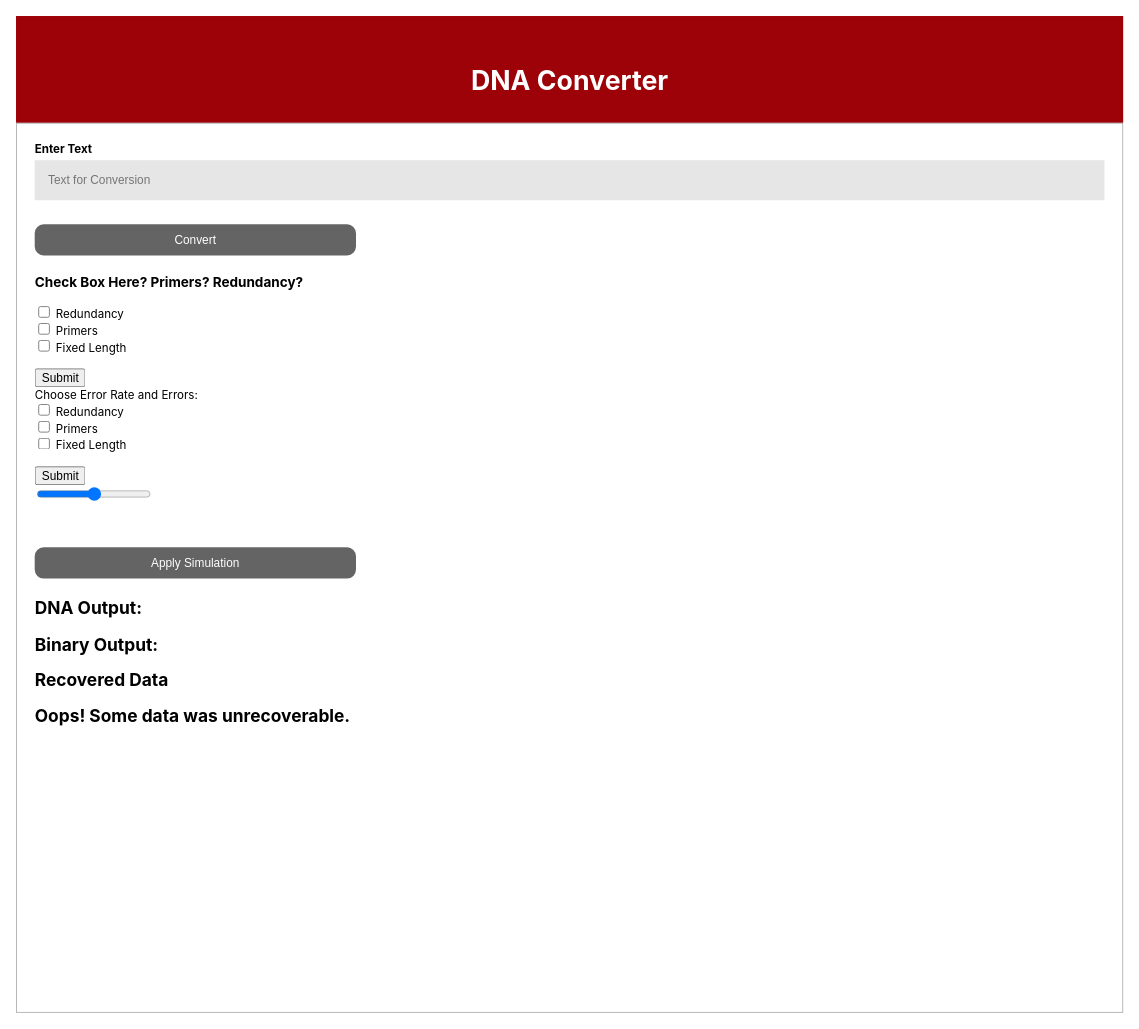
Repository: komalharjani/MSc-Thesis-DNA-Storage
Page: index.html
The author's editor kept a copy of each file at every save. The page is drawn from the files as they stood at one save, then again after the next save.
The browser window is 1280 px wide. The pictures show the whole page, at 89% of full size.

Above is the page before, as saved 2020-08-16 22:02:07.

After the next save:
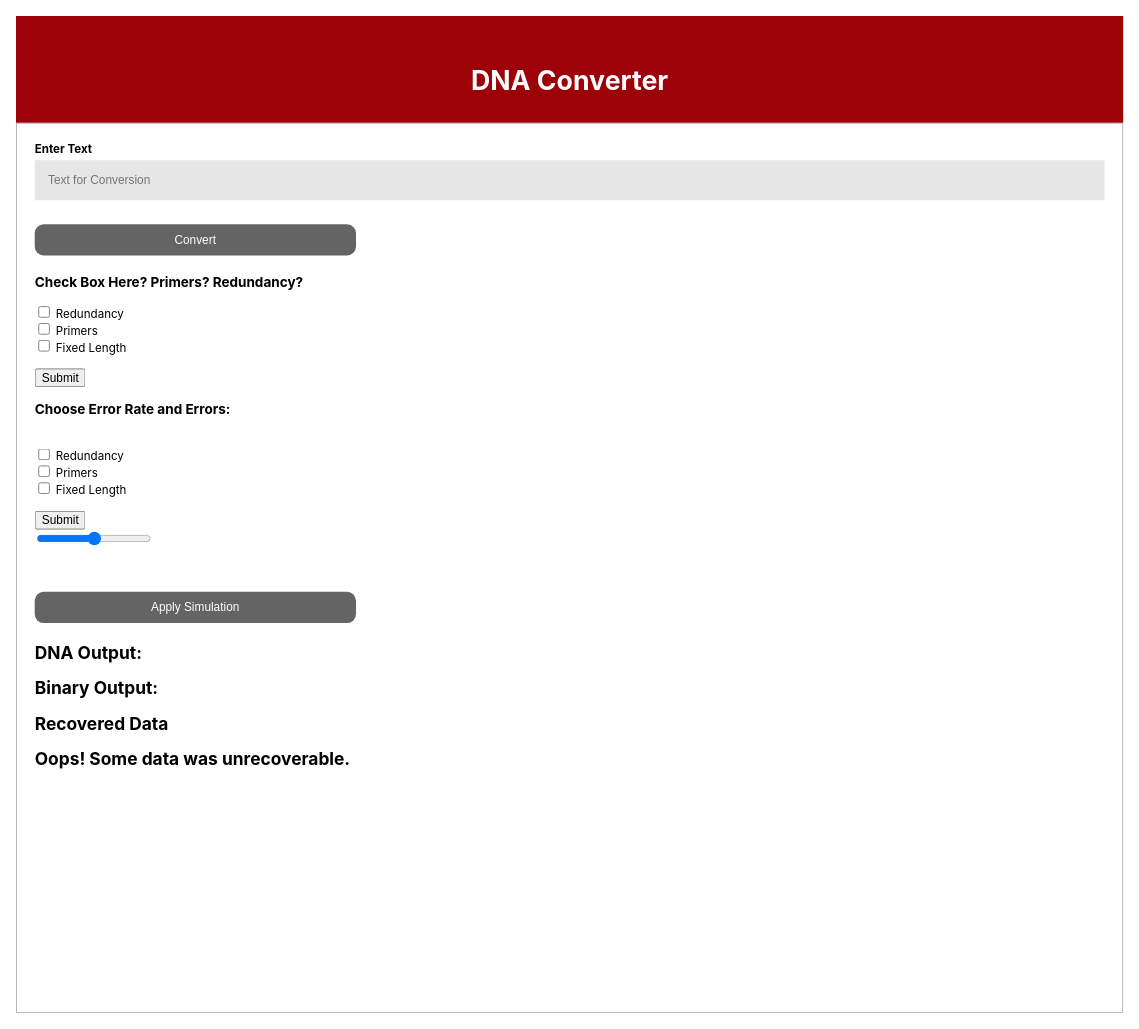
Saved 9 s later.
--- a/index.html
+++ b/index.html
@@ -29,7 +29,7 @@
                 <input type="submit" value="Submit">
             </form>
 
-            <label>Choose Error Rate and Errors:</label><br>
+            <h3>Choose Error Rate and Errors:</h3><br>
             <form>
                 <input type="checkbox" id="vehicle1" name="vehicle1" value="Bike">
                 <label for="vehicle1"> Redundancy </label><br>
